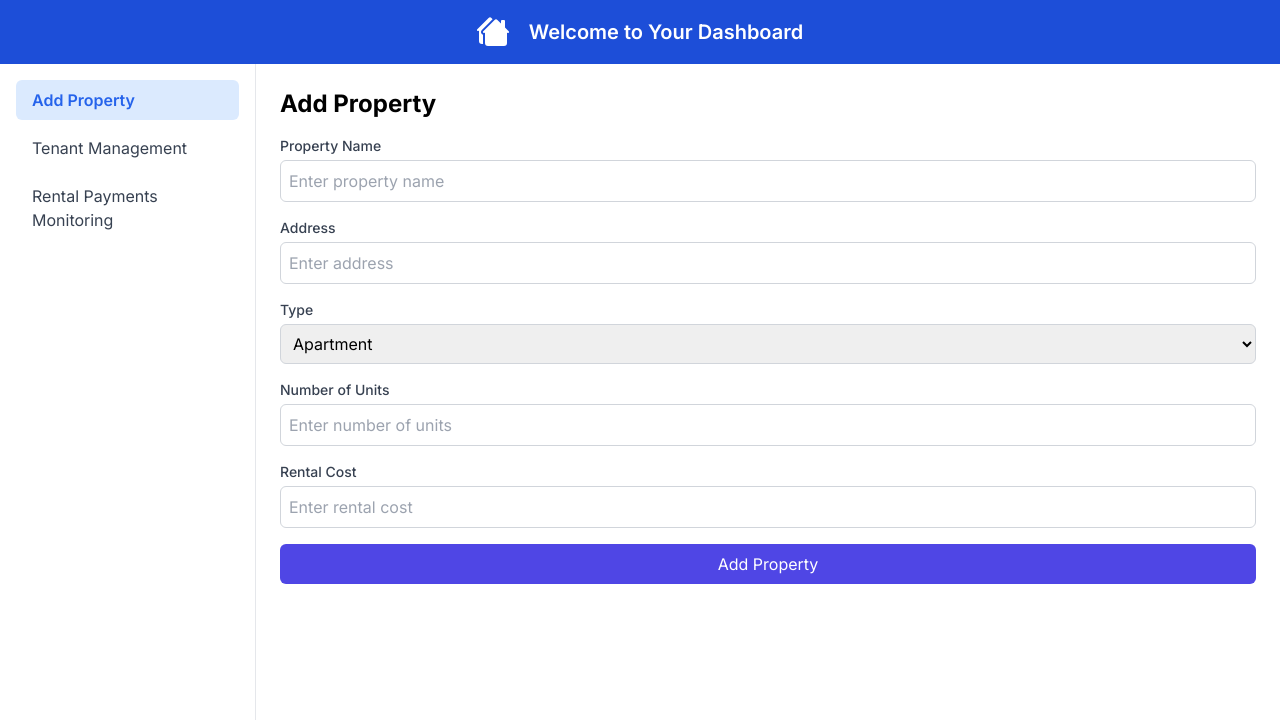
Repository: NassimeElkamari/Horizon-Housing
Page: /dashboard
An editor plug-in stored every save of this project. The page is shown before and after the next save, followed by the edit.
The browser window is 1280 px wide. The pictures show the whole page.
The project was rebuilt for these pictures with package versions that can differ from the ones it lists, and the page was loaded fresh each time. The framework's server and built-in components were replaced by stand-ins that run in the browser. Also part of the build but not shown: next.config.mjs, src/components/TenantManagement.tsx, src/components/PropertiesTable.tsx, src/components/RentalPaymentsMonitoring.tsx.

Above is the page before, as saved 2024-08-28 21:02:16.

### src/app/dashboard/page.tsx
'use client';

import AddProperty from '@/components/AddProperty';
import PropertiesTable from '@/components/PropertiesTable';
import RentalPaymentsMonitoring from '@/components/RentalPaymentsMonitoring';
import TenantManagement from '@/components/TenantManagement';
import { useState } from 'react';
import { BsFillHousesFill } from "react-icons/bs";


const DashboardPage = () => {
  const [currentSection, setCurrentSection] = useState<'properties' | 'tenants' | 'payments'>('properties');

  return (
    <div className="min-h-screen flex flex-col bg-gray-50">
      <header className="bg-blue-700 text-white p-4 shadow-md flex justify-center items-center gap-5">
        <BsFillHousesFill color='white' className='w-8 h-8'/>
        <h1 className="text-xl font-semibold text-center">Welcome to Your Dashboard</h1>
      </header>

      <div className="flex flex-1">
        <aside className="bg-white w-64 p-4 shadow-md border-r border-gray-200">
          <nav>
            <ul className="space-y-2">
              <li>
                <button
                  className={`w-full text-left py-2 px-4 rounded-md transition-colors ${currentSection === 'properties' ? 'bg-blue-100 text-blue-600 font-semibold' : 'hover:bg-blue-50 text-gray-700'}`}
                  onClick={() => setCurrentSection('properties')}
                >
                  Add Property
                </button>
              </li>
              <li>
                <button
                  className={`w-full text-left py-2 px-4 rounded-md transition-colors ${currentSection === 'tenants' ? 'bg-blue-100 text-blue-600 font-semibold' : 'hover:bg-blue-50 text-gray-700'}`}
                  onClick={() => setCurrentSection('tenants')}
                >
                  Tenant Management
                </button>
              </li>
              <li>
                <button
                  className={`w-full text-left py-2 px-4 rounded-md transition-colors ${currentSection === 'payments' ? 'bg-blue-100 text-blue-600 font-semibold' : 'hover:bg-blue-50 text-gray-700'}`}
                  onClick={() => setCurrentSection('payments')}
                >
                  Rental Payments Monitoring
                </button>
              </li>
            </ul>
          </nav>
        </aside>

        <main className="flex-1 p-6 bg-white">
          {currentSection === 'properties' && <AddProperty />}
          {currentSection === 'tenants' && <PropertiesTable />}
          {currentSection === 'payments' && <RentalPaymentsMonitoring />}
        </main>
      </div>
    </div>
  );
};

export default DashboardPage;

### src/components/AddProperty.tsx
'use client';

import { useState } from 'react';

const AddProperty = () => {
  const [name, setName] = useState('');
  const [address, setAddress] = useState('');
  const [type, setType] = useState('apartment');
  const [units, setUnits] = useState<number | ''>('');
  const [rentalCost, setRentalCost] = useState<number | ''>('');
  const [error, setError] = useState('');

  const handleSubmit = async (e: React.FormEvent) => {
    e.preventDefault();
    setError('');

    // Ensure units and rentalCost are converted to numbers before sending the request
    const parsedUnits = units === '' ? null : parseInt(units.toString());
    const parsedRentalCost = rentalCost === '' ? null : parseFloat(rentalCost.toString());

    if (parsedUnits === null || parsedRentalCost === null) {
      setError('Please provide valid numbers for units and rental cost.');
      return;
    }

    const response = await fetch('/api/properties', {
      method: 'POST',
      headers: {
        'Content-Type': 'application/json',
      },
      body: JSON.stringify({
        name,
        address,
        type,
        number_of_units: parsedUnits,
        rental_cost: parsedRentalCost,
      }),
    });

    const data = await response.json();

    if (response.ok) {
      alert('Property added successfully!');
      setName('');
      setAddress('');
      setType('apartment');
      setUnits('');
      setRentalCost('');
    } else {
      setError(data.message || 'Error adding property');
    }
  };

  return (
    <div>
      <h2 className="text-2xl font-bold mb-4">Add Property</h2>
      {error && <p className="text-red-500 mb-4">{error}</p>}
      <form onSubmit={handleSubmit} className="space-y-4">
        <div>
          <label htmlFor="name" className="block text-sm font-medium text-gray-700">Property Name</label>
          <input
            id="name"
            type="text"
            value={name}
            onChange={(e) => setName(e.target.value)}
            className="mt-1 w-full p-2 border border-gray-300 rounded-md text-black"
            placeholder="Enter property name"
            required
          />
        </div>
        <div>
          <label htmlFor="address" className="block text-sm font-medium text-gray-700">Address</label>
          <input
            id="address"
            type="text"
            value={address}
            onChange={(e) => setAddress(e.target.value)}
            className="mt-1 w-full p-2 border border-gray-300 text-black rounded-md"
            placeholder="Enter address"
            required
          />
        </div>
        <div>
          <label htmlFor="type" className="block text-sm font-medium text-gray-700">Type</label>
          <select
            id="type"
            value={type}
            onChange={(e) => setType(e.target.value)}
            className="mt-1 w-full p-2 border border-gray-300 text-black rounded-md"
            required
          >
            <option value="apartment">Apartment</option>
            <option value="house">House</option>
          </select>
        </div>
        <div>
          <label htmlFor="units" className="block text-sm font-medium text-gray-700">Number of Units</label>
          <input
            id="units"
            type="number"
            value={units === '' ? '' : units}
            onChange={(e) => setUnits(e.target.value === '' ? '' : Number(e.target.value))}
            className="mt-1 w-full p-2 border text-black border-gray-300 rounded-md"
            placeholder="Enter number of units"
            required
          />
        </div>
        <div>
          <label htmlFor="rentalCost" className="block text-sm font-medium text-gray-700">Rental Cost</label>
          <input
            id="rentalCost"
            type="number"
            value={rentalCost === '' ? '' : rentalCost}
            onChange={(e) => setRentalCost(e.target.value === '' ? '' : Number(e.target.value))}
            className="mt-1 w-full p-2 border text-black border-gray-300 rounded-md"
            placeholder="Enter rental cost"
            required
          />
        </div>
        <button
          type="submit"
          className="w-full bg-indigo-600 text-white py-2 px-4 rounded-md hover:bg-indigo-700"
        >
          Add Property
        </button>
      </form>
    </div>
  );
};

export default AddProperty;

Loaded but not shown: src/app/layout.tsx (common file); src/app/globals.css (common file); tailwind.config.ts (common file)

After the next save:
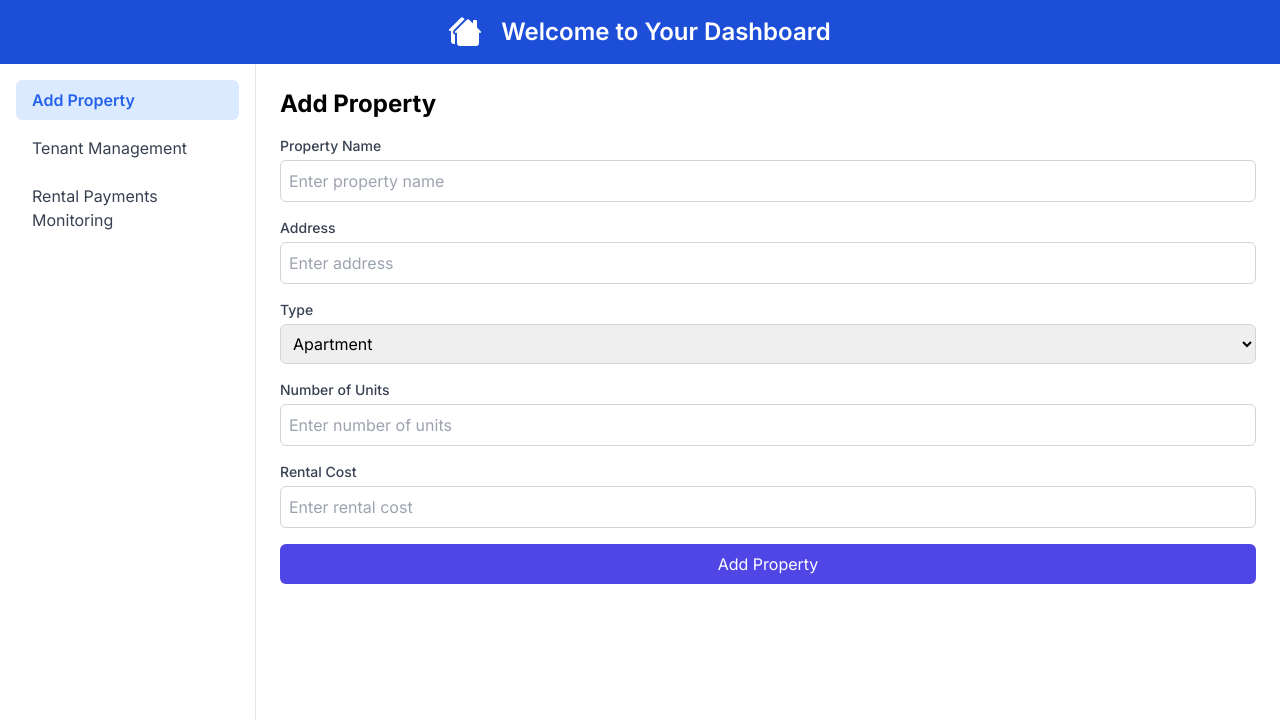
Saved 10 s later.
--- a/src/app/dashboard/page.tsx
+++ b/src/app/dashboard/page.tsx
@@ -15,7 +15,7 @@ const DashboardPage = () => {
     <div className="min-h-screen flex flex-col bg-gray-50">
       <header className="bg-blue-700 text-white p-4 shadow-md flex justify-center items-center gap-5">
         <BsFillHousesFill color='white' className='w-8 h-8'/>
-        <h1 className="text-xl font-semibold text-center">Welcome to Your Dashboard</h1>
+        <h1 className="text-2xl font-semibold text-center">Welcome to Your Dashboard</h1>
       </header>
 
       <div className="flex flex-1">
